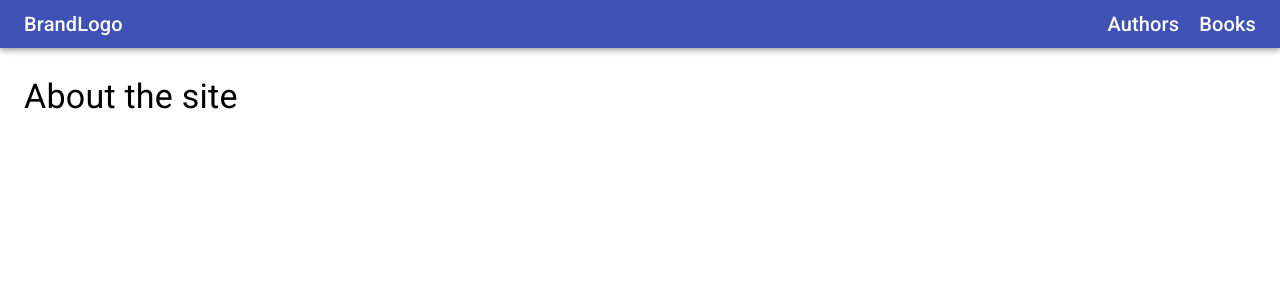
Repository: Sociophuck/00007494
Page: / (app in front/)
These files come from the project's save history. The page is drawn as it stood at one moment and after the next save; the edit follows.
The browser window is 1280 px wide. The pictures show the whole page.
The project was rebuilt for these pictures with package versions that can differ from the ones it lists, and the page was loaded fresh each time. Also part of the build but not shown: front/src/Author.js, front/src/Book.js, front/src/AuthorDetails.js.

Above is the page before, as saved 2021-04-04 15:37:45.

After the next save:
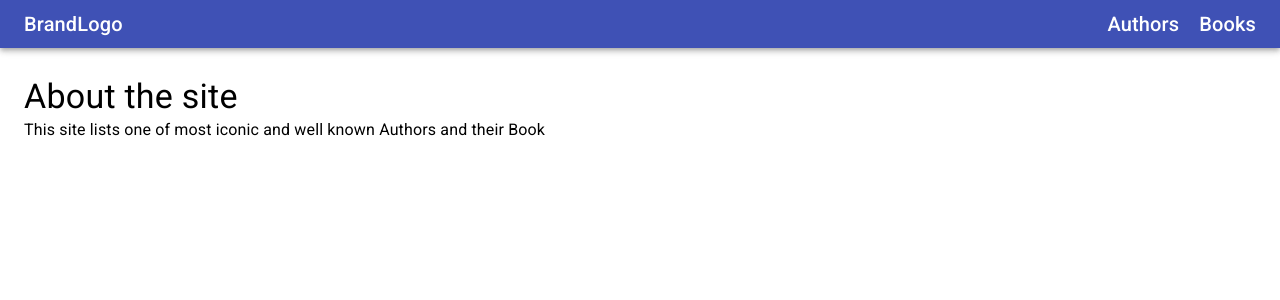
Saved 41 s later.
--- a/front/src/Home.js
+++ b/front/src/Home.js
@@ -4,6 +4,9 @@ function Home() {
   return (
     <Container>
       <Typography variant="h4">About the site</Typography>
+      <Typography variant="body1">
+        This site lists one of most iconic and well known Authors and their Book
+      </Typography>
     </Container>
   );
 }
